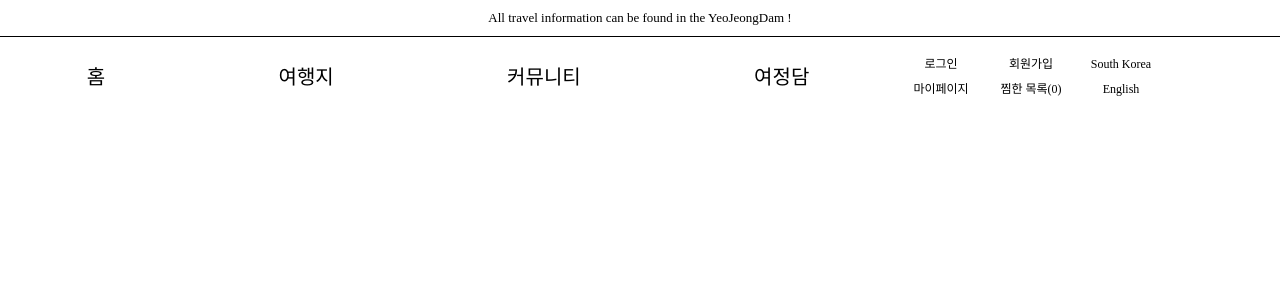
Repository: gaeunlee95/semi
Page: http://localhost/semi/main.jsp
An editor plug-in stored every save of this project. The page is shown before and after the next save, followed by the edit.
The browser window is 1280 px wide. The pictures show the whole page.
The page is served by Tomcat 9.

Above is the page before, as saved 2023-12-06 17:52:02.

After the next save:
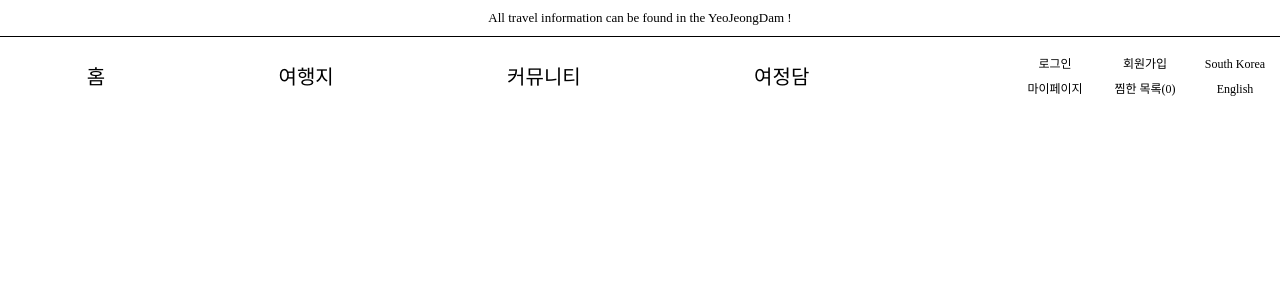
Saved 11 s later.
--- a/semi/src/main/webapp/resources/css/style.css
+++ b/semi/src/main/webapp/resources/css/style.css
@@ -39,7 +39,7 @@ header #mainMenu li{
 	color: black;
 }
 header #sideMenu{
-	width: 270px;
+	width: 30%;
 }
 header #sideMenu ul{
 	line-height: 25px;
